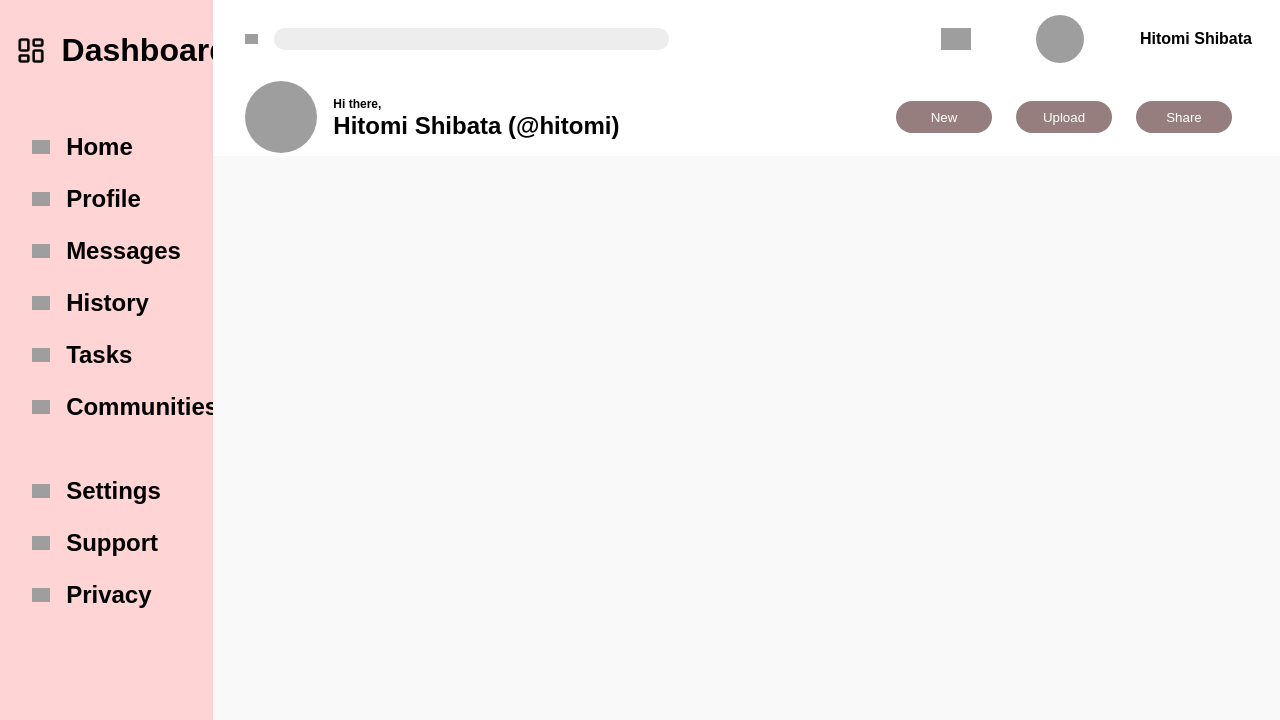
Repository: yeetzpxoci/dashboard
Page: index.html
These files come from the project's save history. The page is drawn as it stood at one moment and after the next save; the edit follows.
The browser window is 1280 px wide. The pictures show the whole page.
Pictures or frames that could not be fetched are drawn as grey boxes.

Above is the page before, as saved 2023-02-18 13:40:17.

### index.html
<!DOCTYPE html>
<html lang="en">
<head>
    <meta charset="UTF-8">
    <meta http-equiv="X-UA-Compatible" content="IE=edge">
    <meta name="viewport" content="width=device-width, initial-scale=1.0">
    <link rel="stylesheet" type="text/css" href="styles.css" />
    <title>Dashboard</title>
</head>
<body>
    <div class="sidebar">
        <div class="logo">
            <img src="dashboard-layout.png">
            <p>Dashboard</p>
        </div>

        <div class="icon-container1">
            <div class="icon">
                <img src="https://cdn-icons-png.flaticon.com/512/25/25694.png">
                <p>Home</p>
            </div>

            <div class="icon">
                <img src="https://cdn-icons-png.flaticon.com/512/6522/6522516.png">
                <p>Profile</p>
            </div>

            <div class="icon">
                <img src="https://cdn-icons-png.flaticon.com/512/739/739286.png">
                <p>Messages</p>
            </div>

            <div class="icon">
                <img src="https://cdn-icons-png.flaticon.com/512/32/32223.png">
                <p>History</p>
            </div>

            <div class="icon">
                <img src="https://www.svgrepo.com/show/79174/task-list.svg">
                <p>Tasks</p>
            </div>

            <div class="icon">
                <img src="https://icons.veryicon.com/png/o/business/classic-icon/community-12.png">
                <p>Communities</p>
            </div>
        </div>

        <div class="icon-container2">
            <div class="icon">
                <img src="https://cdn-icons-png.flaticon.com/512/126/126472.png">
                <p>Settings</p>
            </div>

            <div class="icon">
                <img src="https://upload.wikimedia.org/wikipedia/commons/thumb/1/17/FAQ_icon_%28Noun_like%29.svg/1255px-FAQ_icon_%28Noun_like%29.svg.png">
                <p>Support</p>
            </div>

            <div class="icon">
                <img src="https://cdn-icons-png.flaticon.com/512/4104/4104794.png">
                <p>Privacy</p>
            </div>
        </div>
    </div>

    <div class="header">
        <div class="search">
            <img src="https://cdn-icons-png.flaticon.com/512/3917/3917754.png">
            <input class="search-bar">
        </div>

        <img class="notification_icon" src="https://cdn-icons-png.flaticon.com/512/565/565422.png">

        <div class="profile-pic">
        </div>

        <p>Hitomi Shibata</p>

        <div class="user-info">
            <div class="profile-pic">
            </div>
            <p id="losinfo">
                <span style="font-size:12px;">Hi there,</span>
                <br>
                <span style="font-size:24px;">Hitomi Shibata (@hitomi)</span>
            </p>
        </div>
        <button>New</button>
        <button>Upload</button>
        <button>Share</button>
    </div>

    <div class="main-content">

    </div>
</body>
</html>

### styles.css
html,
body {
    margin: 0;
    padding: 0;
    height: 100%;
}

body {
    min-height: 100vh;
    display: grid;
    grid-template-columns: 1fr 5fr;
    grid-template-rows: 1fr 4fr;
    font-family: Arial, Helvetica, sans-serif;
}

.sidebar {
    background-color: #FFD4D4;
    grid-column: 1 / 2;
    grid-row: 1 / 3;
    display: grid;
    grid-template-rows: 0.75fr 2fr 1fr 2fr;
    padding-left: 16px;
    gap: 32px;
}

.icon-container1 {
    display: flex;
    flex-direction: column;
}

.icon-container2 {
    display: flex;
    flex-direction: column;
}

.logo, .icon {
    display: flex;
    align-items: center;
    font-weight: bold;
    gap: 16px;
}

.logo {
    font-size: 32px;
    align-self: baseline;
}

.icon {
    margin-top: -24px;
    font-size: 24px;
    margin-left: 16px;
}

.logo img {
    width: 15%;
}

.icon img {
    width: 10%;
}


.header {
    background-color: white;
    grid-column: 2 / 3;
    grid-row: 1 / 2;
    display: grid;
    grid-template-columns: 13fr 1fr 1fr 1fr;
    grid-template-rows: 1fr 1fr;
    padding-right: 24px;
}

.search {
    display: flex;
    justify-content: flex-start;
    align-items: center;
    gap: 16px;
    margin-left: 32px;
}

.search img{
    width: 2%;
}

.search input {
    width: 60%;
    border-radius: 12px;
    border-width: 0px;
    background-color: #eeeded;
    height: 25%;
}

.notification_icon {
    width: 25%;
    align-self: center;
    justify-self: center;
}

.profile-pic {
    border-radius: 50%;
    background-image: url("https://i.pinimg.com/originals/49/c0/e8/49c0e871fbe0be71396aa94fe1d93ddc.jpg");
    background-position: center;
    background-size: cover;
    background-repeat: no-repeat;
    overflow: hidden;
    align-self: center;
    justify-self: center;
}

.header > .profile-pic {
    width: 48px;
    height: 48px;
    margin-right: 32px;
}

.user-info {
    display: flex;
    gap: 16px;
}

.user-info > .profile-pic {
    width: 72px;
    height: 72px;
    margin-left: 32px;
}

.header p {
    align-self: center;
    font-weight: bolder;
    justify-self: center;
}

button {
    height: 40%;
    width: 96px;
    align-self: center;
    justify-self: center;
    background-color: #977e7e;
    border-radius: 24px;
    border-width: 0px;
    color: white;
    margin-right: 24px;
}

.main-content {
    background-color: #FAF9F9;
    grid-column: 2 / 3;
    grid-row: 2 / 3;
}

After the next save:
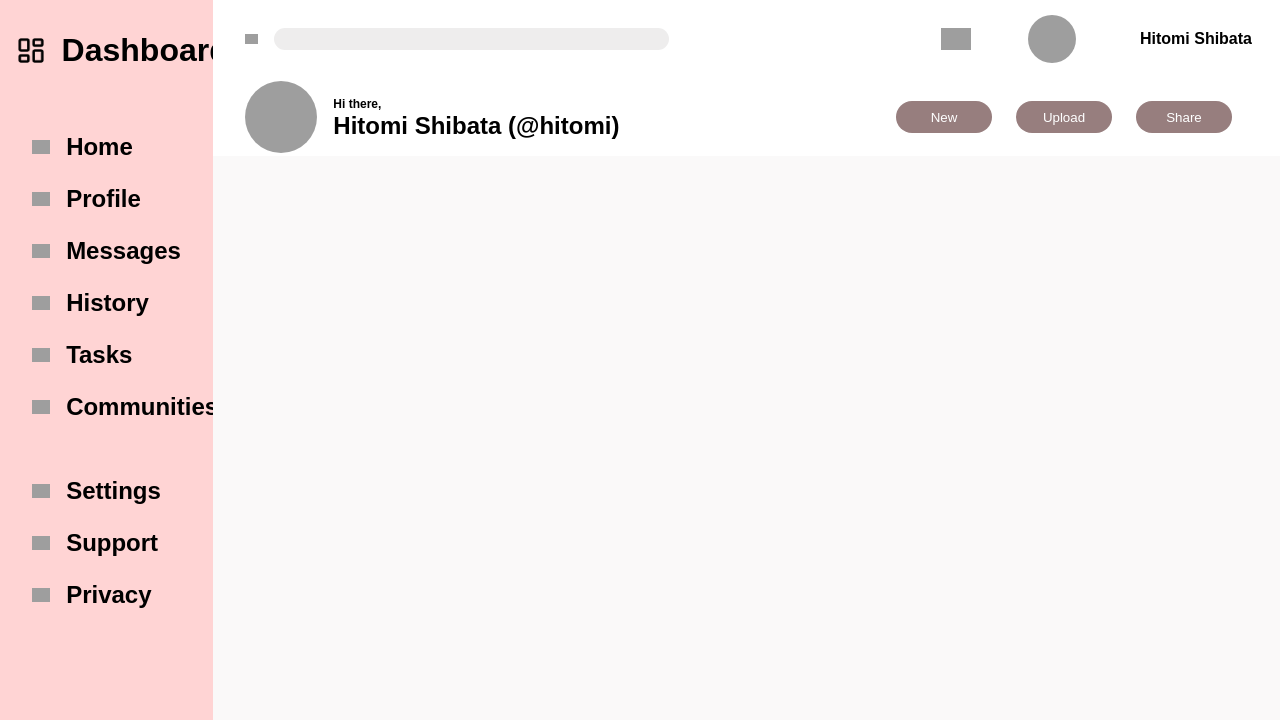
Saved 7 s later.
--- a/styles.css
+++ b/styles.css
@@ -110,7 +110,7 @@ body {
 .header > .profile-pic {
     width: 48px;
     height: 48px;
-    margin-right: 32px;
+    margin-right: 48px;
 }
 
 .user-info {
